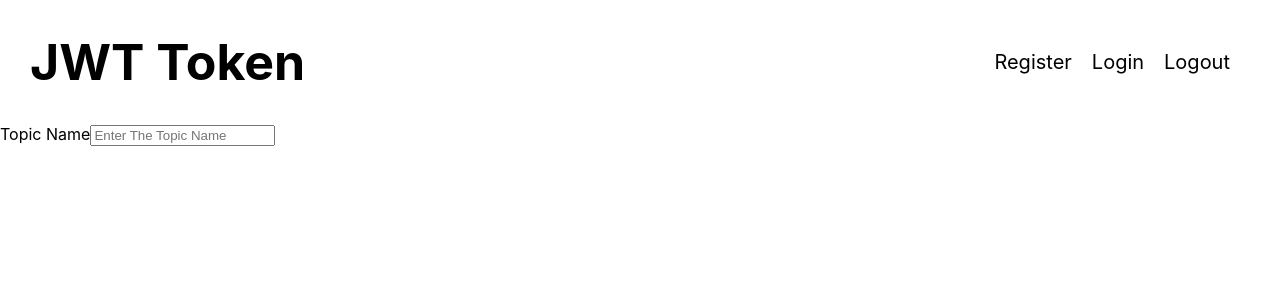
Repository: Prafullkuma/jwttoken
Page: /admin
The author's editor kept a copy of each file at every save. The page is drawn from the files as they stood at one save, then again after the next save.
The browser window is 1280 px wide. The pictures show the whole page.
The project was rebuilt for these pictures with package versions that can differ from the ones it lists, and the page was loaded fresh each time. Also part of the build but not shown: src/App.css, src/component/Auth/Signup.js, src/component/Auth/Signin.js, src/component/User/User.js, src/component/Admin/Dashboard.css, src/component/Home/Home.js, src/component/Auth/Logout.js.

Above is the page before, as saved 2020-08-22 21:16:55.

### src/App.js
import React from 'react';
import { BrowserRouter, Route } from 'react-router-dom'
import './App.css';
import Navbar from './component/Navbar'
import Signup from './component/Auth/Signup';
import Signin from './component/Auth/Signin';
import User from './component/User/User';
import Dashboard from './component/Admin/Dashboard';
import Home from './component/Home/Home';
import Logout from './component/Auth/Logout'
function App() {
  return (
    <div className="App">
      <BrowserRouter>
        <Navbar />
        <Route path="/signup" component={Signup} />
        <Route path="/signin" component={Signin} />
        <Route path="logout" component={Logout} />
        <Route path="/user" component={User} />
        <Route path="/admin" component={Dashboard} />
        <Route exact path="/" component={Home} />
      </BrowserRouter>
    </div>
  );
}

export default App;

### src/component/Navbar.js
import React from 'react'
import { Link } from 'react-router-dom'
import './Navbar.css'
function Navbar() {
    return (
        <div>
            <section className="Nav">
                <h1> <Link to="/">JWT Token</Link></h1>
                <nav className="navbar-items">
                    <ul>
                        <li><Link to="/signup">Register</Link></li>
                        <li><Link to="/signin">Login</Link></li>
                        <li><Link to="/">Logout</Link></li>
                    </ul>

                </nav>
            </section>
        </div>
    )
}

export default Navbar

### src/component/Admin/Dashboard.js
import React, { useState } from 'react'
import './Dashboard.css'
function Dashboard() {
    const [topic, setTopic] = useState('')

    return (
        <div className="Dashboard">
            <label id="topic">Topic Name</label>
            <input for="topic" type="text"
                value={topic}
                onChange={e => setTopic(e.target.value)}
                placeholder="Enter The Topic Name" />

        </div>
    )
}

export default Dashboard

### src/component/Navbar.css
.Nav{
display: flex;
align-items: center;
justify-content: space-between;
padding: 30px;
}
ul,li{
    list-style: none;
    float: left;
    margin: 10px;
    font-size: 20px;
}
.Nav h1{
    font-size: 50px;
}
.Nav a{
    text-decoration: none;
    color:black
}
.navbar-items{
    display: flex;
}

Loaded but not shown: src/index.js (common file); src/index.css (common file)

After the next save:
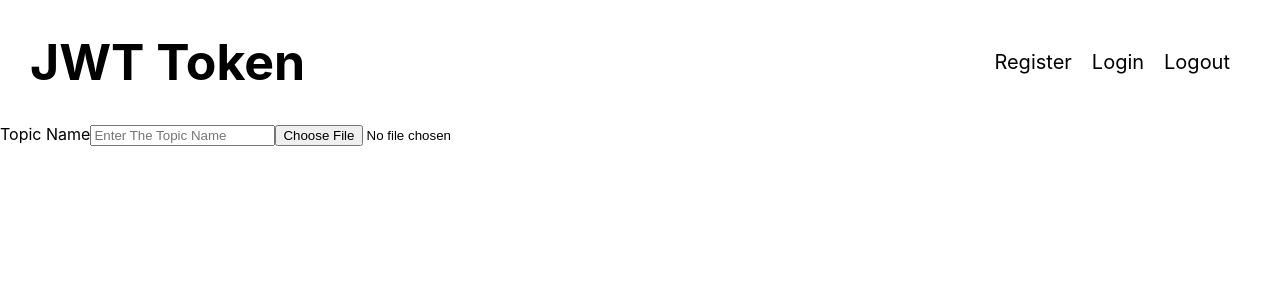
Saved 18 s later.
--- a/src/component/Admin/Dashboard.js
+++ b/src/component/Admin/Dashboard.js
@@ -10,6 +10,7 @@ function Dashboard() {
                 value={topic}
                 onChange={e => setTopic(e.target.value)}
                 placeholder="Enter The Topic Name" />
+            <input type="file" />
 
         </div>
     )
